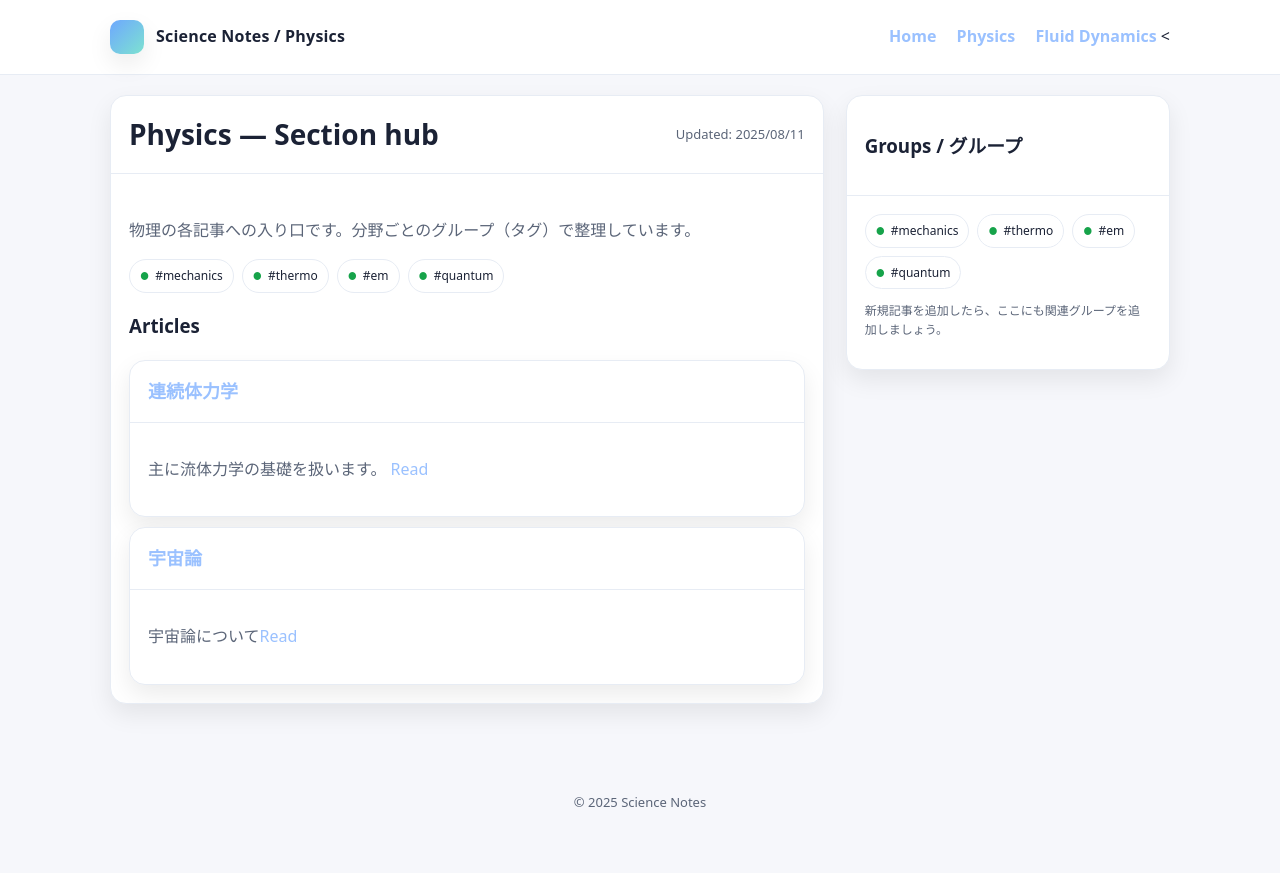
Repository: Riki-Mochimaru/tureduretunedune
Page: physics/index.html
The author's editor kept a copy of each file at every save. The page is drawn from the files as they stood at one save, then again after the next save.
The browser window is 1280 px wide. The pictures show the whole page.

Above is the page before, as saved 2025-08-11 23:01:51.

After the next save:
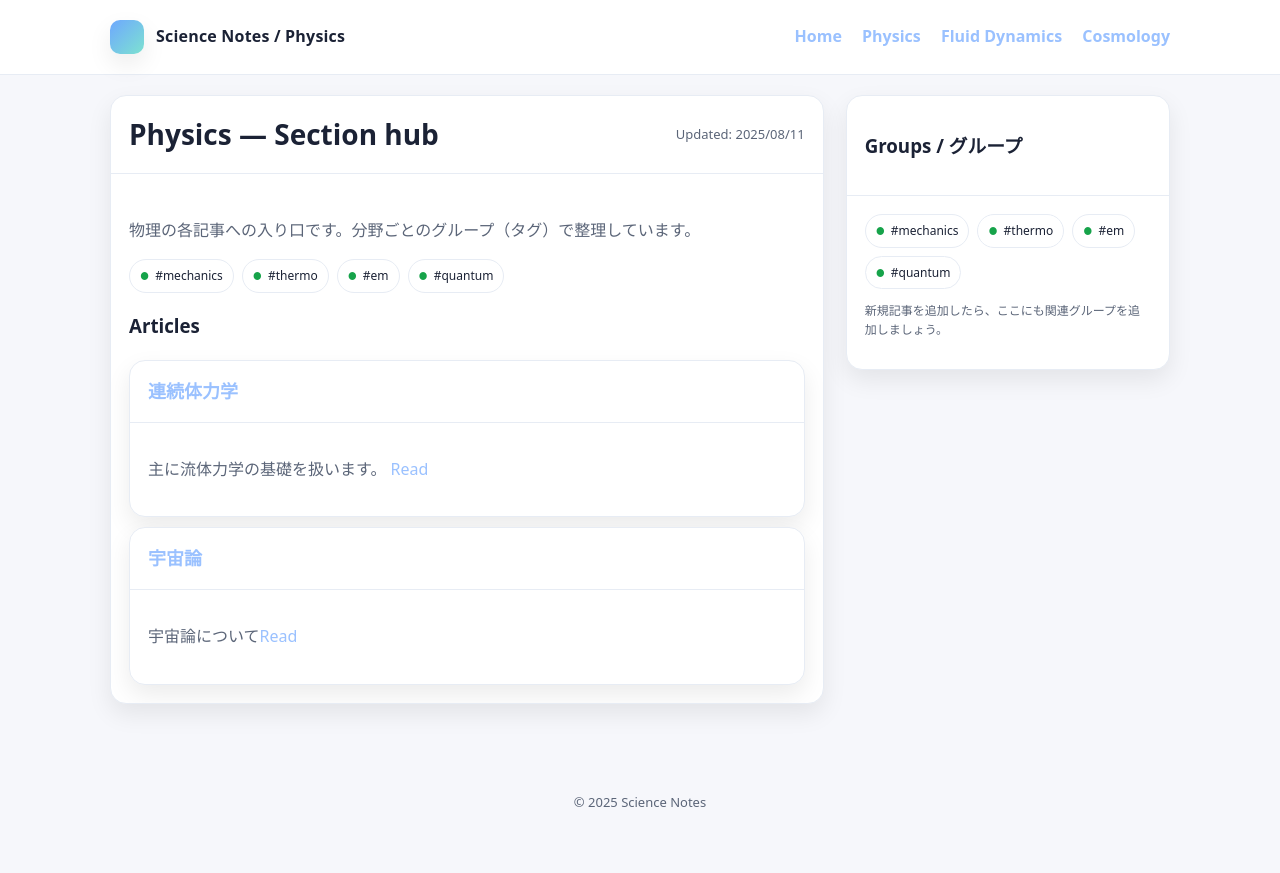
Saved 12 s later.
--- a/physics/index.html
+++ b/physics/index.html
@@ -19,7 +19,8 @@
         <a href="../">Home</a>
         <a href="./">Physics</a>
         <a href="FluidDynamics/">Fluid Dynamics</a>
-        <
+        <a href="Cosmology/">Cosmology</a>
+
       </nav>
     </div>
   </header>
